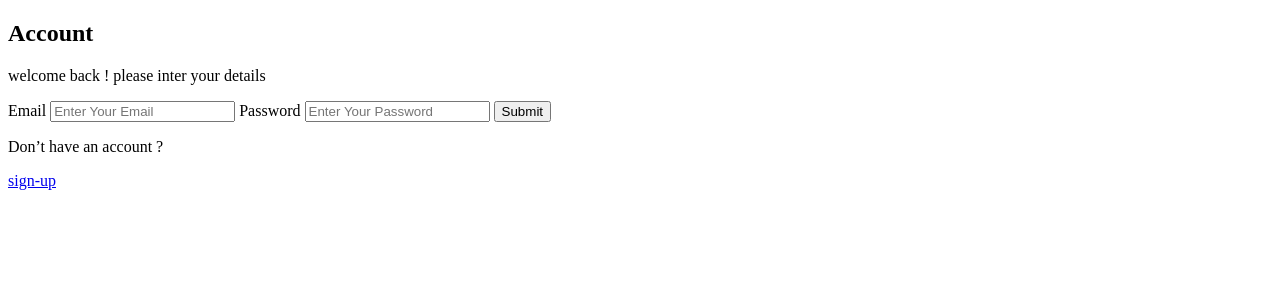
Repository: hiba2337/Fromix
Page: sign-up.html
The author's editor kept a copy of each file at every save. The page is drawn from the files as they stood at one save, then again after the next save.
The browser window is 1280 px wide. The pictures show the whole page.

Above is the page before, as saved 2025-10-25 13:41:22.

After the next save:
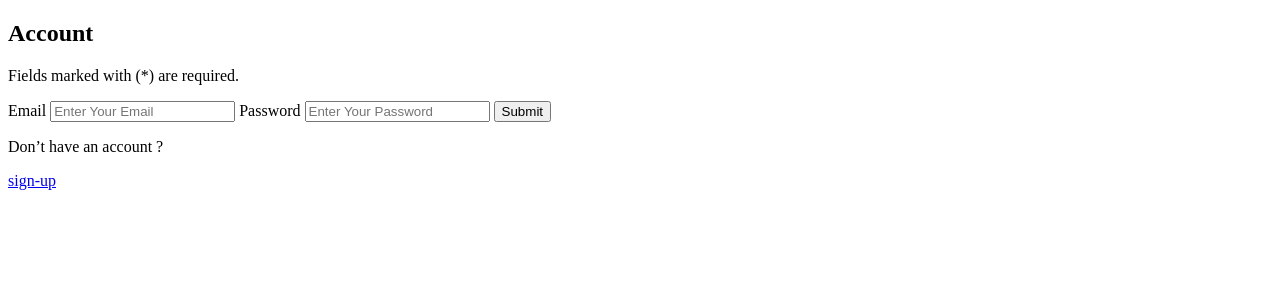
Saved 11 s later.
--- a/sign-up.html
+++ b/sign-up.html
@@ -12,7 +12,7 @@
     <h2>
 Account
     </h2>
-    <p>welcome back ! please inter your details</p>
+    <p>Fields marked with (*) are required.</p>
    <form action="">
 
         <label for="email">Email</label>
